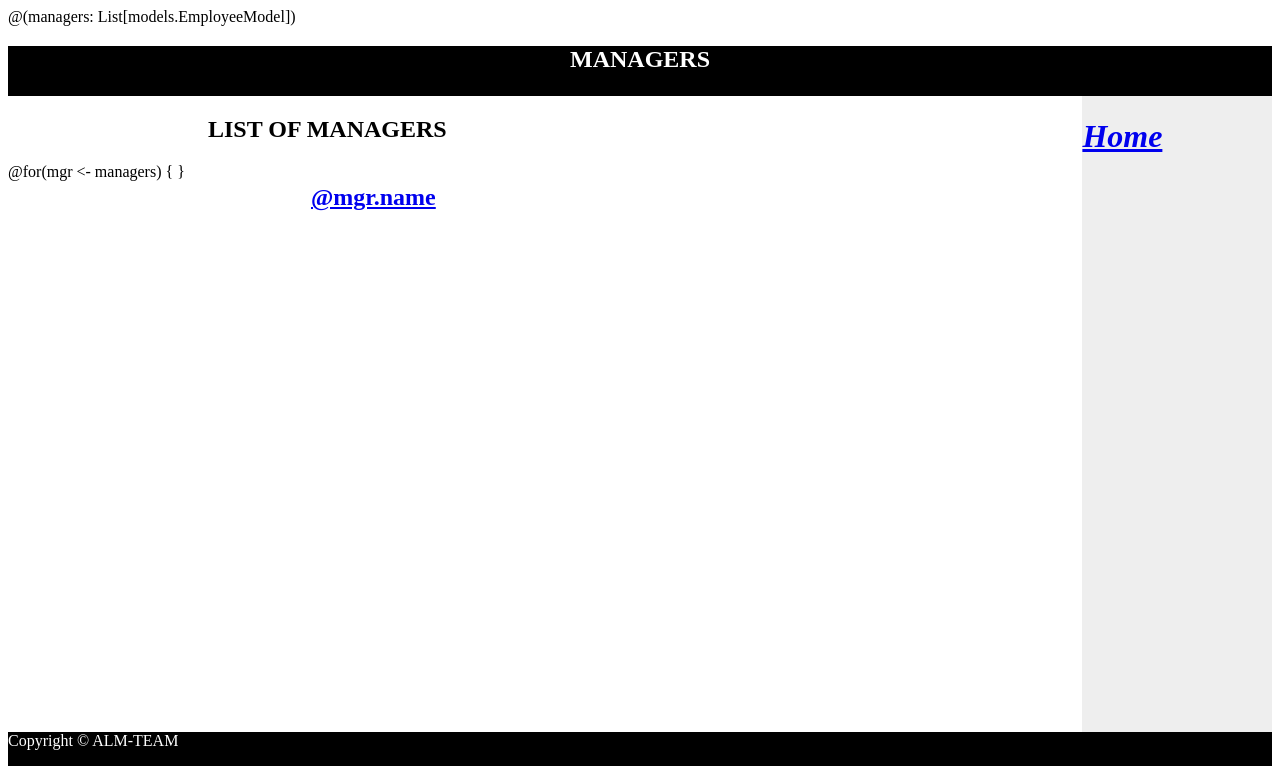
Repository: sumitkum200690/PLAY_SLICK
Page: Play_DB/app/views/managerPage.scala.html
These files come from the project's save history. The page is drawn as it stood at one moment and after the next save; the edit follows.
The browser window is 1280 px wide. The pictures show the whole page.

Above is the page before, as saved 2015-09-24 11:02:05.

### Play_DB/app/views/managerPage.scala.html
@(managers: List[models.EmployeeModel])
<head>
<style>

#maindiv{
	height:100%;
	width:100%;

}

#header{
	height:7%;
	width:100%;
	background-color:black;
	color:white;
	text-align:center;


}


#d3{
	height:93%;
	width:100%;
}

#content{
	height:95%;
	width:100%;
}

#list{
	height:100%;
	width:85%;
	float:left;
	background-color:white;
}

#home{
	height:100%;
	width:15%;
	float:left;
	background-color:#eeeeee;
}

#footer{
	height:5%;
	width:100%;
	background-color:black;
	color:white;
}

#header2 {
    background-color:black;
    color:white;
    text-align:center;
    padding:5px;
}
#nav {
    line-height:30px;
    background-color:#eeeeee;
    height:100%;
    width:100px;
    float:right;
    padding:5px;
}
#section {
    width:100%;
    float:left;
    padding:10px;
     height: 100%;
     background-color:blue;
}

#section2 {
    width:100%;
    float:left;
    padding:10px;
     height: 100%;
}

#footer2 {
    background-color:black;
    color:white;
    clear:both;
    text-align:center;
   padding:5px;

   margin-bottom: 1px;
}




</style>


</head>








<body style="height: 100%; background-color:white" >

<div id="maindiv">

	<div id="header">

	<h2>MANAGERS</h2>
	</div>

	<div id="d3">

		<div id="content">

			<div id="list">
				<h2 style="margin-left:200px ">LIST OF MANAGERS</h2>
				<table style="margin-left:300px ">

				  @for(mgr <- managers) {

				<tr><td><a href="/Reportees/@mgr.id"><h2>@mgr.name</h2></a></td></tr>



				  }
				  </table>

			</div>

			<div id="home"><a href="/"><h1><b><I>Home</I></b></h1></a></div>

		</div>

		<div id="footer">
		Copyright © ALM-TEAM
		</div>

	</div>

</div>







<!-- <div id="nav">
<a href="/"><h2><b><I>Home</I></b></h2></a>


</div>

<div>
<h2 style="margin-left:200px ">LIST OF MANAGERS</h2>
<p>
<div id="section">
<table style="margin-left:300px ">

				  @for(mgr <- managers) {

				<tr><td><a href="/Reportees/@mgr.id"><h2>@mgr.name</h2></a></td></tr>



				  }
				  </table>

</div>

<div id="footer">
Copyright © ALM-TEAM
</div> -->

After the next save:
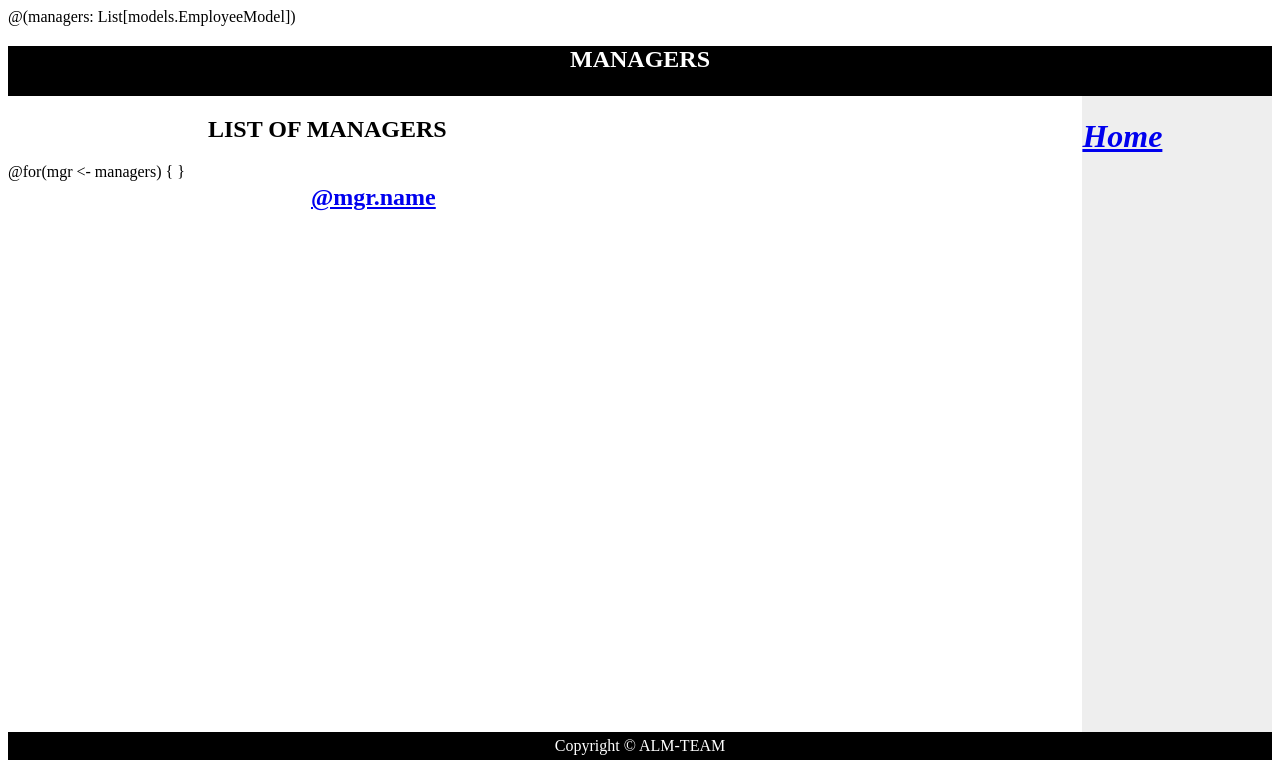
Saved 3 min 19 s later.
--- a/Play_DB/app/views/managerPage.scala.html
+++ b/Play_DB/app/views/managerPage.scala.html
@@ -136,7 +136,7 @@
 
 		</div>
 
-		<div id="footer">
+		<div id="footer2">
 		Copyright © ALM-TEAM
 		</div>
 
